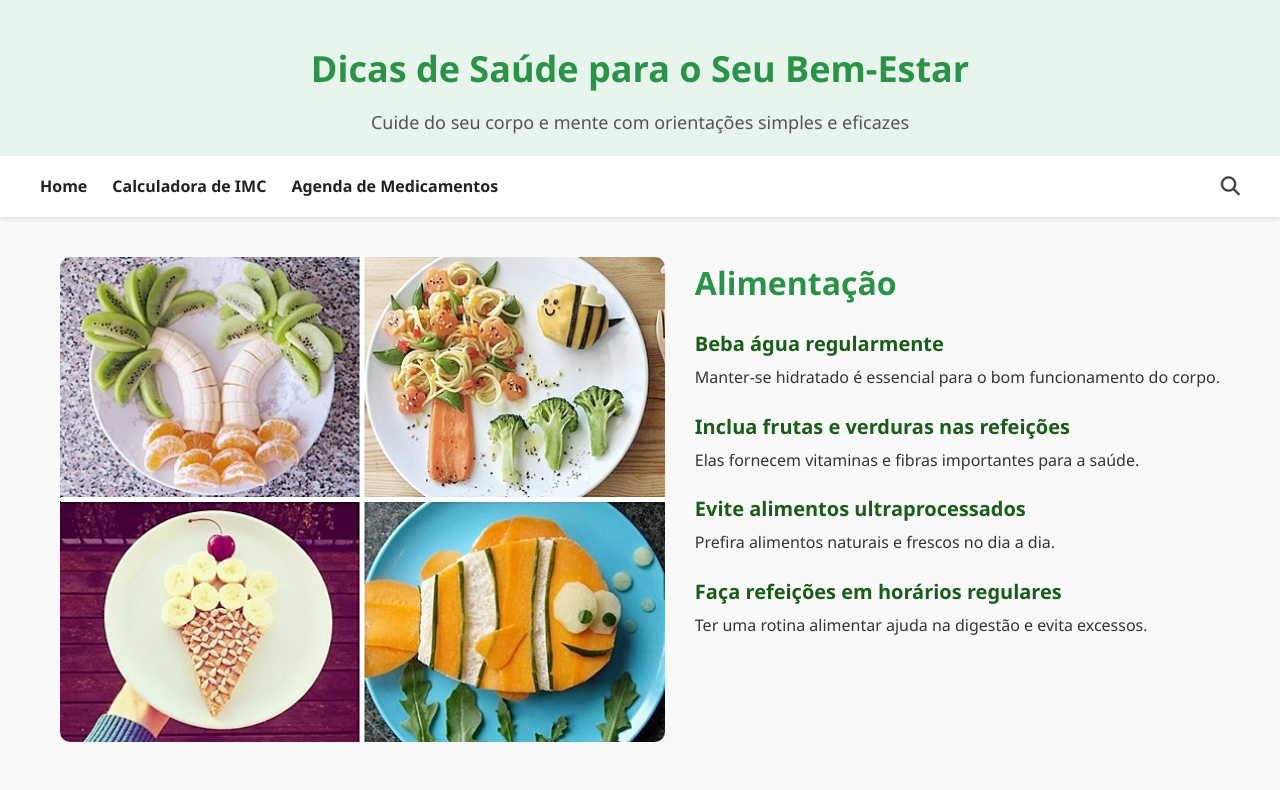
Repository: Cristiane-Sartori14/dicasSaude
Page: index.html
An editor plug-in stored every save of this project. The page is shown before and after the next save, followed by the edit.
The browser window is 1280 px wide. The pictures show the whole page.

Above is the page before, as saved 2025-05-18 22:11:45.

### index.html
<!DOCTYPE html>
<html lang="en">
  <head>
    <meta charset="UTF-8" />
    <meta name="viewport" content="width=device-width, initial-scale=1.0" />
    <title>Dicas de Saúde</title>
    <link rel="stylesheet" href="style.css" />

    <link
      rel="stylesheet"
      href="https://cdnjs.cloudflare.com/ajax/libs/font-awesome/6.5.0/css/all.min.css"
    />
  </head>
  <body>
    <!-- Título principal da página -->
    <section class="main-title">
      <h1>Dicas de Saúde para o Seu Bem-Estar</h1>
      <p>Cuide do seu corpo e mente com orientações simples e eficazes</p>
    </section>

    <!--Cabeçalho-->
    <header class="header">
      <div class="nav-container">
        <nav>
          <ul class="nav-links">
            <li><a href="#">Home</a></li>
            <li><a href="#">Calculadora de IMC</a></li>
            <li><a href="#">Agenda de Medicamentos</a></li>
          </ul>
        </nav>
        <div class="header-icons">
          <div class="icon search-icon">
            <i class="fa-solid fa-magnifying-glass"></i>
          </div>
        </div>
      </div>
    </header>

    <main class="health-container">
      <div class="health-image">
        <img src="img/alimento.jpg" alt="Prato com alimentação saudável" />
      </div>

      <section class="topic" id=""alimentacao>
        <h1 class="health-title">Alimentação</h1>

        <div class="tip">
          <h3>Beba água regularmente</h3>
          <p>
            Manter-se hidratado é essencial para o bom funcionamento do corpo.
          </p>
        </div>

        <div class="tip">
          <h3>Inclua frutas e verduras nas refeições</h3>
          <p>Elas fornecem vitaminas e fibras importantes para a saúde.</p>
        </div>

        <div class="tip">
          <h3>Evite alimentos ultraprocessados</h3>
          <p>Prefira alimentos naturais e frescos no dia a dia.</p>
        </div>

        <div class="tip">
          <h3>Faça refeições em horários regulares</h3>
          <p>Ter uma rotina alimentar ajuda na digestão e evita excessos.</p>
        </div>
      </section>
    </main>
  </body>
</html>

### style.css
* {
  box-sizing: border-box;
  margin: 0;
  padding: 0;
}

body {
  font-family: "Segoe UI", Tahoma, Verdana, sans-serif;
  background-color: #f9f9f9;
  color: #333;
  line-height: 1.6;
}

/*Título*/
.main-title {
  text-align: center;
  padding: 40px 20px 20px;
  background-color: #e7f5ec;
}

.main-title h1 {
  font-size: 36px;
  color: #2b9348;
  margin-bottom: 10px;
}

.main-title p {
  font-size: 18px;
  color: #555;
}

/* Cabeçalho */
.header {
  background-color: #ffffff;
  box-shadow: 0 2px 4px rgba(0, 0, 0, 0.1);
  padding: 15px 30px;
  position: sticky;
  top: 0;
  z-index: 10;
}

.nav-container {
  max-width: 1200px;
  margin: 0 auto;
  display: flex;
  justify-content: space-between;
  align-items: center;
}

.nav-links {
  list-style: none;
  display: flex;
  gap: 25px;
}

.nav-links a {
  text-decoration: none;
  color: #222;
  font-weight: 600;
  transition: color 0.3s ease;
}

.nav-links a:hover,
.header-icons i:hover {
  color: #2b9348;
}

.header-icons {
  display: flex;
  align-items: center;
  gap: 15px;
}

.icon {
  font-size: 1.2rem;
  background: none;
  border: none;
  cursor: pointer;
  color: #444;
}

/* Conteúdo principal */
.health-container {
  display: flex;
  flex-wrap: wrap;
  max-width: 1200px;
  margin: 40px auto;
  gap: 30px;
  padding: 0 20px;
}

.health-image {
  flex: 1 1 300px;
}

.health-image img {
  width: 100%;
  height: auto;
  border-radius: 10px;
}

.health-details {
  flex: 2 1 500px;
}

.health-title {
  color: #2b9348;
  font-size: 32px;
  margin-bottom: 20px;
}

.tip {
  margin-bottom: 20px;
}

.tip h3 {
  font-size: 20px;
  color: #1a5d1a;
}

.tip p {
  margin-top: 5px;
}

/* Responsivo */
@media (max-width: 768px) {
  .health-container {
    flex-direction: column;
    align-items: center;
  }

  .nav-links {
    flex-direction: column;
    align-items: center;
    gap: 10px;
  }

  .nav-container {
    flex-direction: column;
    gap: 10px;
  }
}

After the next save:
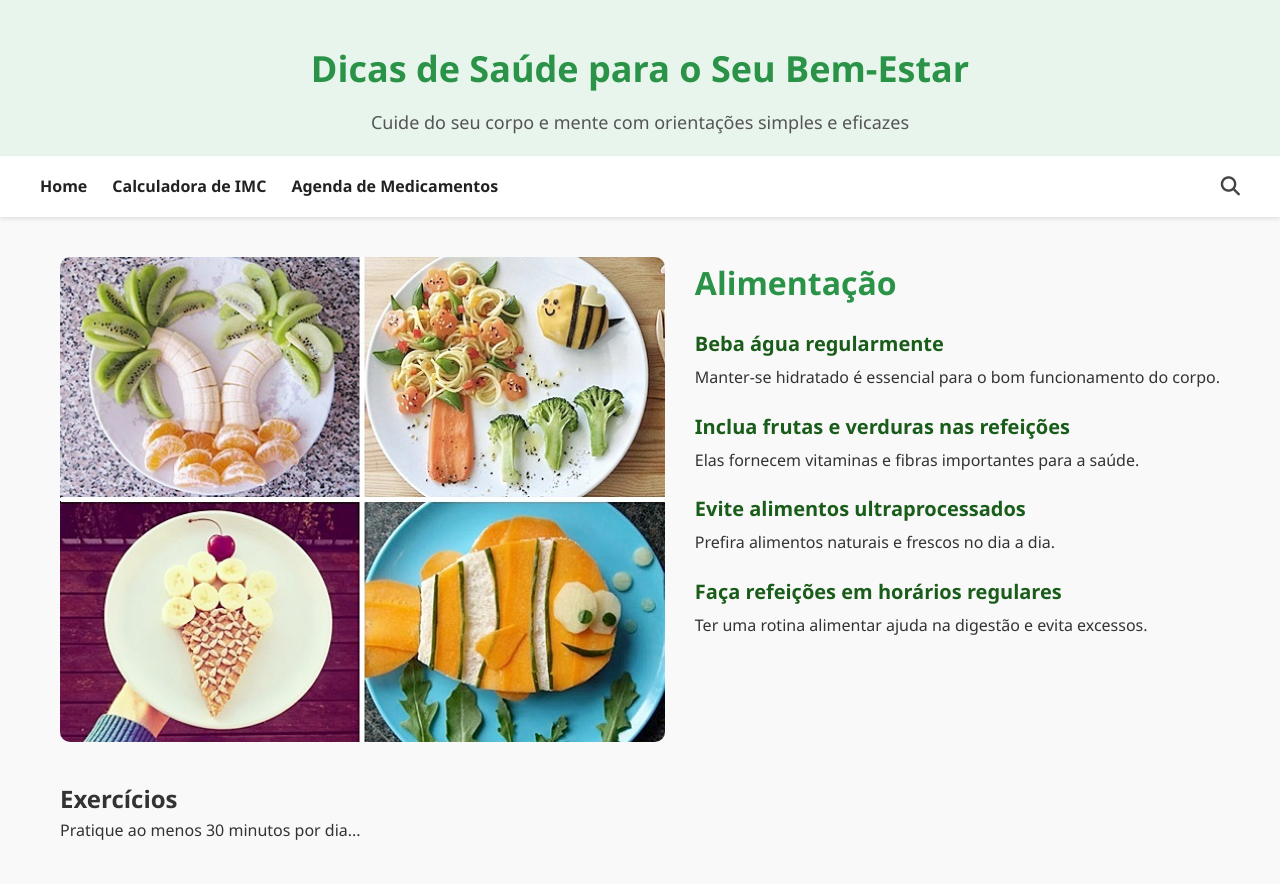
Saved 33 s later.
--- a/index.html
+++ b/index.html
@@ -41,7 +41,7 @@
         <img src="img/alimento.jpg" alt="Prato com alimentação saudável" />
       </div>
 
-      <section class="topic" id=""alimentacao>
+      <section class="topic" id="" alimentacao>
         <h1 class="health-title">Alimentação</h1>
 
         <div class="tip">
@@ -66,6 +66,11 @@
           <p>Ter uma rotina alimentar ajuda na digestão e evita excessos.</p>
         </div>
       </section>
+
+      <section class="topic" id="exercicios">
+        <h2>Exercícios</h2>
+        <p>Pratique ao menos 30 minutos por dia...</p>
+      </section>
     </main>
   </body>
 </html>
